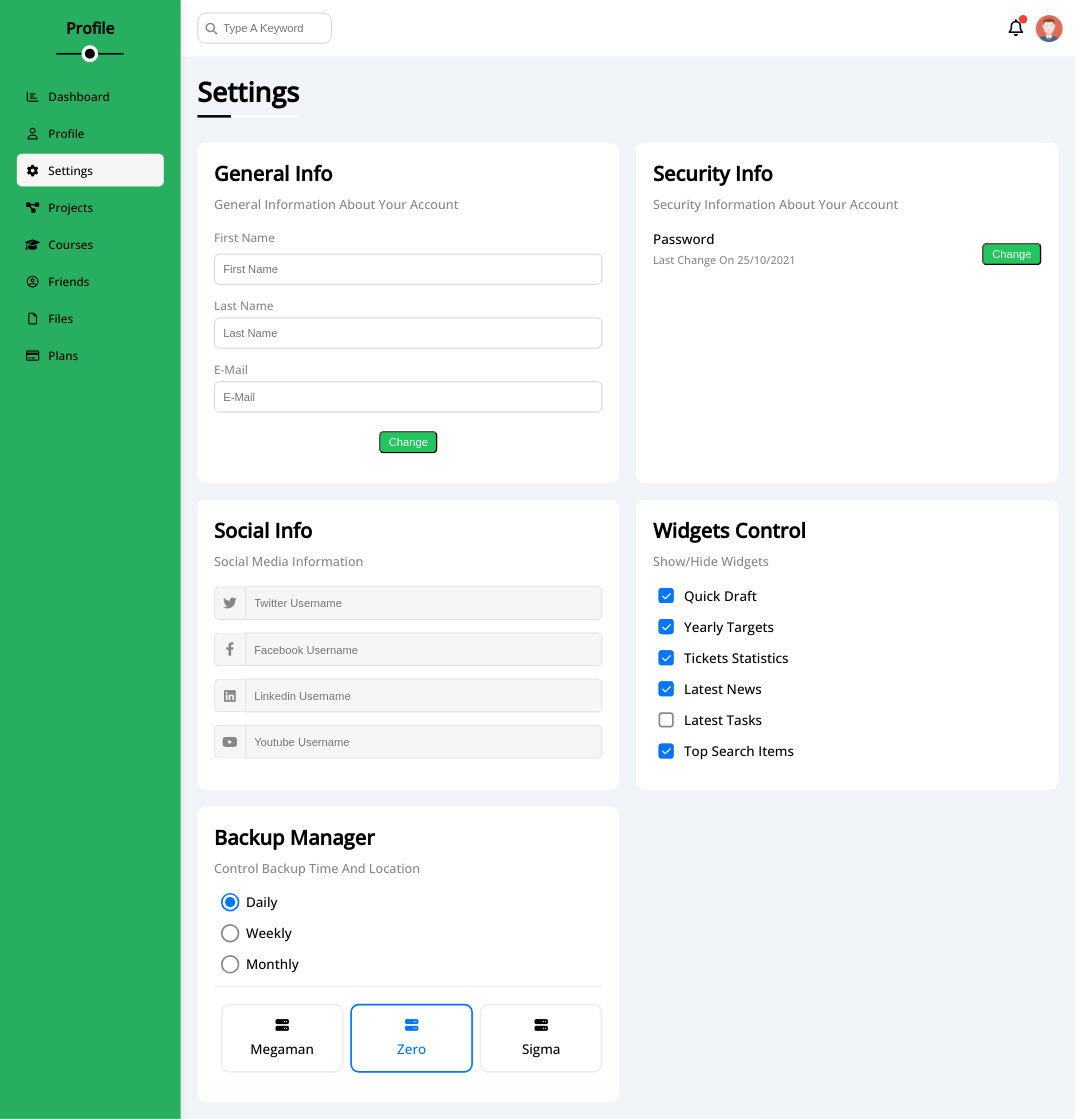
Repository: souhailaniba/Bookly
Page: public/assets/books webstie/settings.html
An editor plug-in stored every save of this project. The page is shown before and after the next save, followed by the edit.
The browser window is 1280 px wide. The pictures show the whole page, at 84% of full size.

Above is the page before, as saved 2023-01-27 14:55:47.

After the next save:
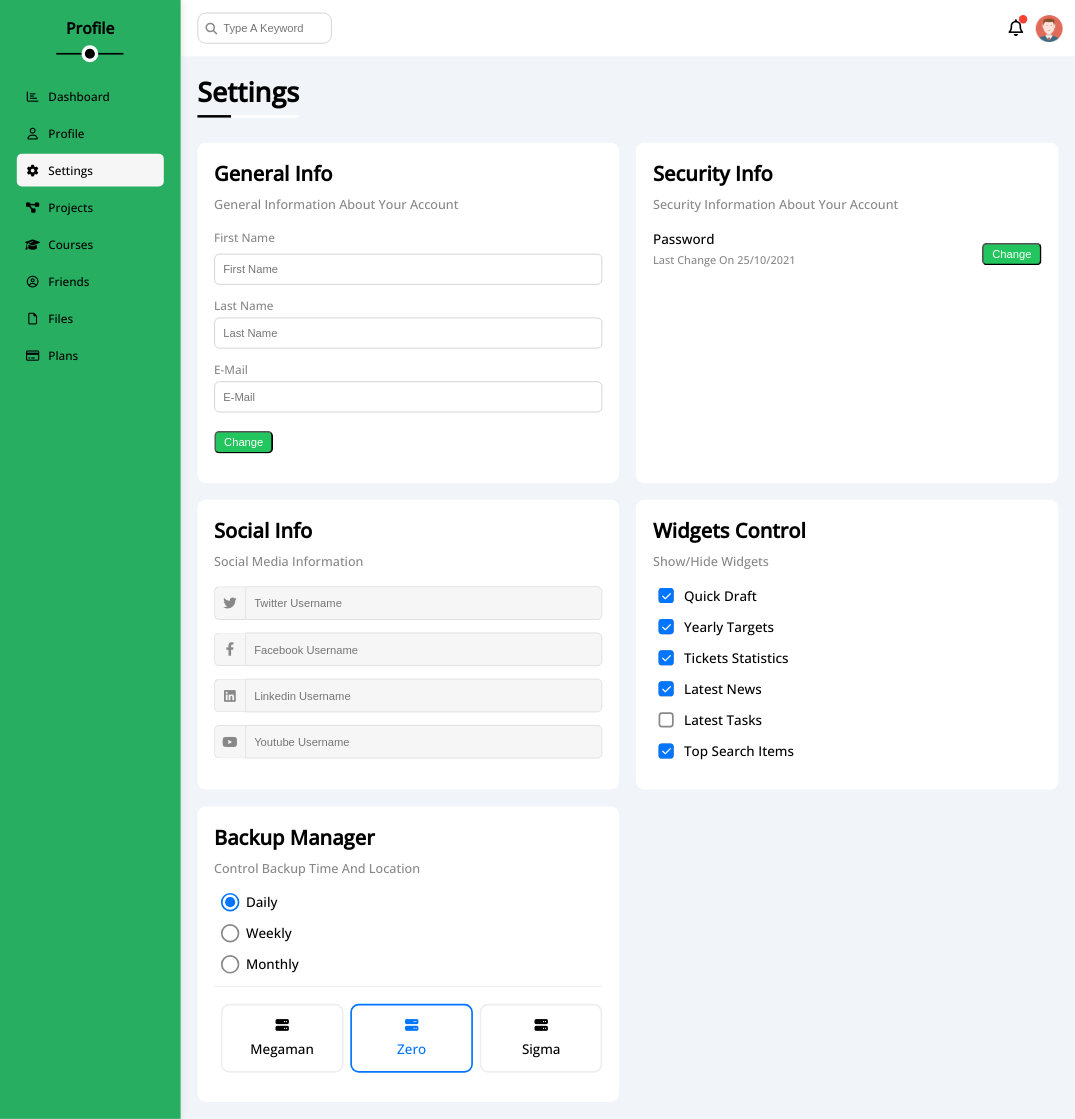
Saved 21 s later.
--- a/public/assets/books webstie/settings.html
+++ b/public/assets/books webstie/settings.html
@@ -115,7 +115,7 @@
                 placeholder="E-Mail"
               />
               <br>
-              <center><button class="button bg-green c-white btn-shape" type="submit" action="">Change</button></center>
+              <button class="button bg-green c-white btn-shape" type="submit" action="">Change</button>
             </div>
           </div>
           <!-- End Settings Box -->
